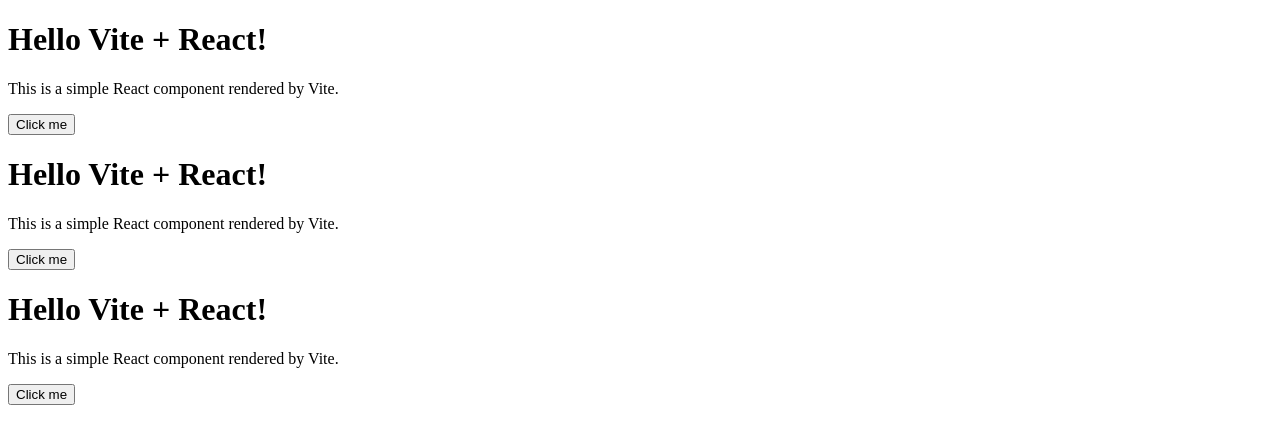
Repository: ubin-0527/D3-F-week1
Page: /
An editor plug-in stored every save of this project. The page is shown before and after the next save, followed by the edit.
The browser window is 1280 px wide. The pictures show the whole page.
The project was rebuilt for these pictures with package versions that can differ from the ones it lists, and the page was loaded fresh each time. Also part of the build but not shown: vite.config.js, src/index.css.

Above is the page before, as saved 2025-09-08 15:54:04.

After the next save:
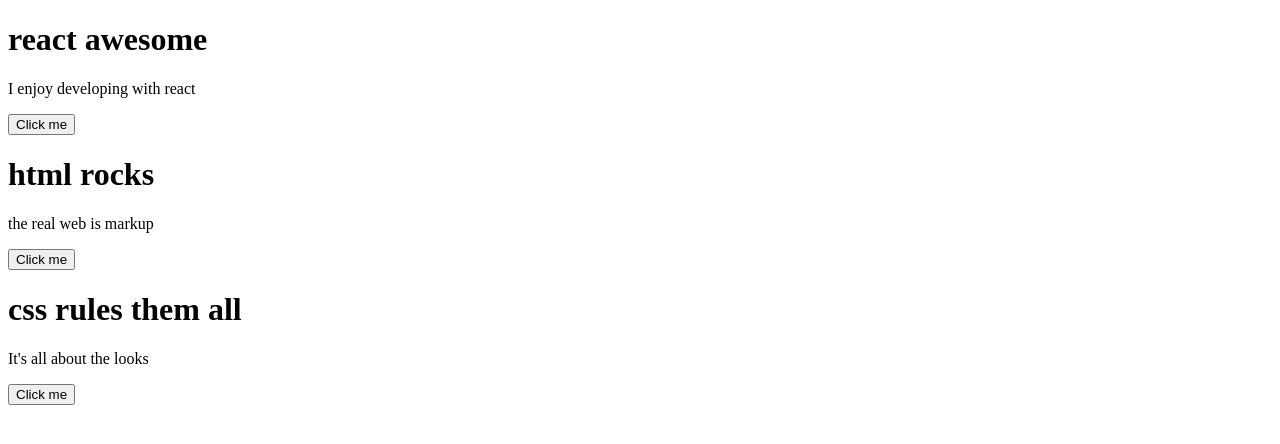
Saved 81 s later.
--- a/src/App.jsx
+++ b/src/App.jsx
@@ -15,14 +15,10 @@
 }
 
 function Excerpt(props) {
-    props = {
-        title: "Default Title",
-        body: "Default Body",
-    };
     return (
         <div>
-            <h1>Hello Vite + React!</h1>
-            <p>This is a simple React component rendered by Vite.</p>
+            <h1>{props.title}</h1>
+            <p>{props.body}</p>
             <button>Click me</button>
         </div>
     );
